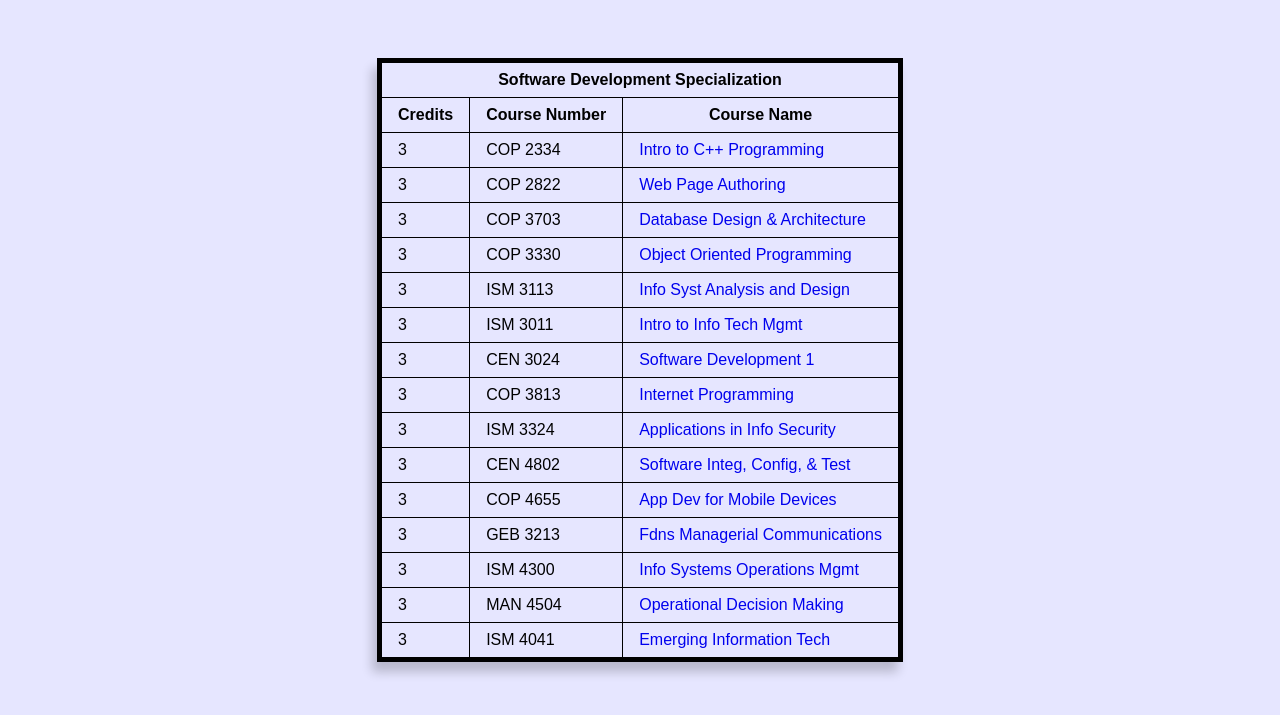
Repository: mlmEFSC21/P5-DegreeTableStyling
Page: FormattedProgramSpecialization3.html
These files come from the project's save history. The page is drawn as it stood at one moment and after the next save; the edit follows.
The browser window is 1280 px wide. The pictures show the whole page.
Some web fonts or font styles are not loaded; a fallback is used.

Above is the page before, as saved 2022-02-07 15:44:10.

### FormattedProgramSpecialization3.html
<!DOCTYPE html>
<html lang="en">
    <head>
        <meta charset="UTF-8" />
        <meta http-equiv="X-UA-Compatible" content="IE=edge" />
        <meta name="viewport" content="width=device-width, initial-scale=1.0" />
        <link rel="stylesheet" href="tableStyles.css" />
        <title>Degree Specialization Table</title>
    </head>
    <body>
        <table>
            <thead>
                <tr class="tableTitle">
                    <th colspan="3">Software Development Specialization</th>
                </tr>
                <tr class="colTitles">
                    <th>Credits</th>
                    <th>Course Number</th>
                    <th>Course Name</th>
                </tr>
            </thead>
            <tbody>
                <tr>
                    <td>3</td>
                    <td>COP 2334</td>
                    <td>
                        <a
                            href="https://bannerweb.easternflorida.edu/prod/bwckctlg.p_disp_course_detail?cat_term_in=202210&subj_code_in=COP&crse_numb_in=2334"
                            >Intro to C++ Programming</a
                        >
                    </td>
                </tr>
                <tr>
                    <td>3</td>
                    <td>COP 2822</td>
                    <td>
                        <a
                            href="https://bannerweb.easternflorida.edu/prod/bwckctlg.p_disp_course_detail?cat_term_in=202210&subj_code_in=COP&crse_numb_in=2822"
                            >Web Page Authoring</a
                        >
                    </td>
                </tr>
                <tr>
                    <td>3</td>
                    <td>COP 3703</td>
                    <td>
                        <a
                            href="https://bannerweb.easternflorida.edu/prod/bwckctlg.p_disp_course_detail?cat_term_in=202210&subj_code_in=COP&crse_numb_in=3703"
                            >Database Design & Architecture</a
                        >
                    </td>
                </tr>
                <tr>
                    <td>3</td>
                    <td>COP 3330</td>
                    <td>
                        <a
                            href="https://bannerweb.easternflorida.edu/prod/bwckctlg.p_disp_course_detail?cat_term_in=202210&subj_code_in=COP&crse_numb_in=3330"
                            >Object Oriented Programming</a
                        >
                    </td>
                </tr>
                <tr>
                    <td>3</td>
                    <td>ISM 3113</td>
                    <td>
                        <a
                            href="https://bannerweb.easternflorida.edu/prod/bwckctlg.p_disp_course_detail?cat_term_in=202210&subj_code_in=ISM&crse_numb_in=3113"
                            >Info Syst Analysis and Design</a
                        >
                    </td>
                </tr>
                <tr>
                    <td>3</td>
                    <td>ISM 3011</td>
                    <td>
                        <a
                            href="https://bannerweb.easternflorida.edu/prod/bwckctlg.p_disp_course_detail?cat_term_in=202210&subj_code_in=ISM&crse_numb_in=3011"
                            >Intro to Info Tech Mgmt</a
                        >
                    </td>
                </tr>
                <tr>
                    <td>3</td>
                    <td>CEN 3024</td>
                    <td>
                        <a
                            href="https://bannerweb.easternflorida.edu/prod/bwckctlg.p_disp_course_detail?cat_term_in=202210&subj_code_in=CEN&crse_numb_in=3024"
                            >Software Development 1</a
                        >
                    </td>
                </tr>
                <tr>
                    <td>3</td>
                    <td>COP 3813</td>
                    <td>
                        <a
                            href="https://bannerweb.easternflorida.edu/prod/bwckctlg.p_disp_course_detail?cat_term_in=202210&subj_code_in=COP&crse_numb_in=3813"
                            >Internet Programming</a
                        >
                    </td>
                </tr>
                <tr>
                    <td>3</td>
                    <td>ISM 3324</td>
                    <td>
                        <a
                            href="https://bannerweb.easternflorida.edu/prod/bwckctlg.p_disp_course_detail?cat_term_in=202210&subj_code_in=ISM&crse_numb_in=3324"
                            >Applications in Info Security</a
                        >
                    </td>
                </tr>
                <tr>
                    <td>3</td>
                    <td>CEN 4802</td>
                    <td>
                        <a
                            href="https://bannerweb.easternflorida.edu/prod/bwckctlg.p_disp_course_detail?cat_term_in=202210&subj_code_in=CEN&crse_numb_in=4802"
                            >Software Integ, Config, & Test</a
                        >
                    </td>
                </tr>
                <tr>
                    <td>3</td>
                    <td>COP 4655</td>
                    <td>
                        <a
                            href="https://bannerweb.easternflorida.edu/prod/bwckctlg.p_disp_course_detail?cat_term_in=202210&subj_code_in=COP&crse_numb_in=4655"
                            >App Dev for Mobile Devices</a
                        >
                    </td>
                </tr>
                <tr>
                    <td>3</td>
                    <td>GEB 3213</td>
                    <td>
                        <a
                            href="https://bannerweb.easternflorida.edu/prod/bwckctlg.p_disp_course_detail?cat_term_in=202210&subj_code_in=GEB&crse_numb_in=3213"
                            >Fdns Managerial Communications</a
                        >
                    </td>
                </tr>
                <tr>
                    <td>3</td>
                    <td>ISM 4300</td>
                    <td>
                        <a
                            href="https://bannerweb.easternflorida.edu/prod/bwckctlg.p_disp_course_detail?cat_term_in=202210&subj_code_in=ISM&crse_numb_in=4300"
                            >Info Systems Operations Mgmt</a
                        >
                    </td>
                </tr>
                <tr>
                    <td>3</td>
                    <td>MAN 4504</td>
                    <td>
                        <a
                            href="https://bannerweb.easternflorida.edu/prod/bwckctlg.p_disp_course_detail?cat_term_in=202210&subj_code_in=MAN&crse_numb_in=4504"
                            >Operational Decision Making</a
                        >
                    </td>
                </tr>
                <tr>
                    <td>3</td>
                    <td>ISM 4041</td>
                    <td>
                        <a
                            href="https://bannerweb.easternflorida.edu/prod/bwckctlg.p_disp_course_detail?cat_term_in=202210&subj_code_in=ISM&crse_numb_in=4041"
                            >Emerging Information Tech</a
                        >
                    </td>
                </tr>
            </tbody>
        </table>
    </body>
</html>

### tableStyles.css
@import url("https://fonts.googleapis.com/css2?family=Spectral:wght@400&display=swap");

:root {
    --clr-prime: #003c5e;
    --clr-second: #1a2028;
    --clr-accent: #8fb500;
    --clr-font-prime: #5b8ead;
    --clr-font-second: black;
    --clr-background: #e6e6ff;
}
*,
*::before,
*::after {
    margin: 0;
    padding: 0;
    box-sizing: border-box;
}
body {
    font-family: Spectral, sans-serif;
    height: 100vh;
    display: grid;
    align-items: center;
    justify-content: center;
    background-color: var(--clr-background);
}
table {
    border-collapse: collapse;
    box-shadow: -5px 10px 10px rgba(0, 0, 0, 0.2);
    border: 5px solid black;
    padding: 0.25rem;
}
/* thead {
    letter-spacing: 0.15rem;
    font-size: 0.85rem;
    font-weight: 900;
} */
thead:first-child {
    font-size: 50;
    font-weight: bold;
    text-align: center;
}
th {
    border: 1px solid black;
    padding: 0.5rem 1rem;
}
td {
    border: 1px solid black;
    padding: 0.5rem 1rem;
    font-size: 12pt;
    text-align: left;
}
a {
    text-decoration: none;
}
a:hover {
    color: var(--clr-prime);
    text-decoration: underline;
}

After the next save:
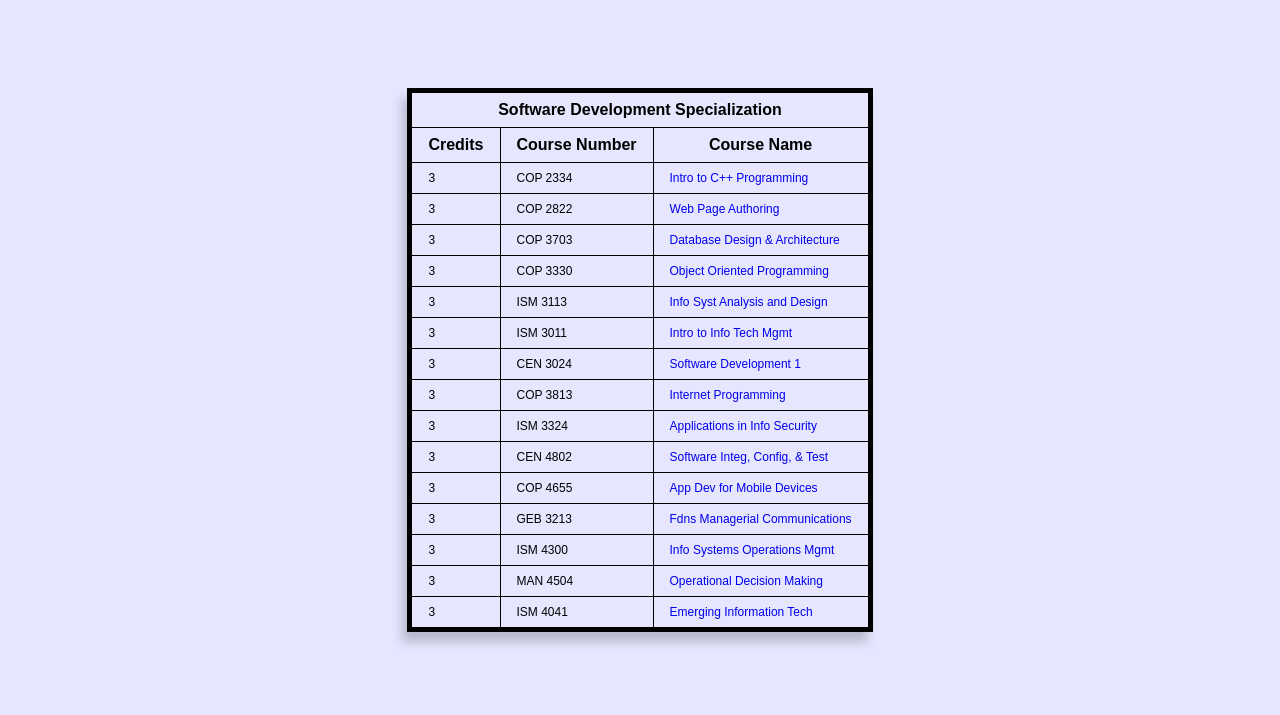
Saved 6 s later.
--- a/tableStyles.css
+++ b/tableStyles.css
@@ -46,7 +46,7 @@
 td {
     border: 1px solid black;
     padding: 0.5rem 1rem;
-    font-size: 12pt;
+    font-size: 12px;
     text-align: left;
 }
 a {

After the save that followed:
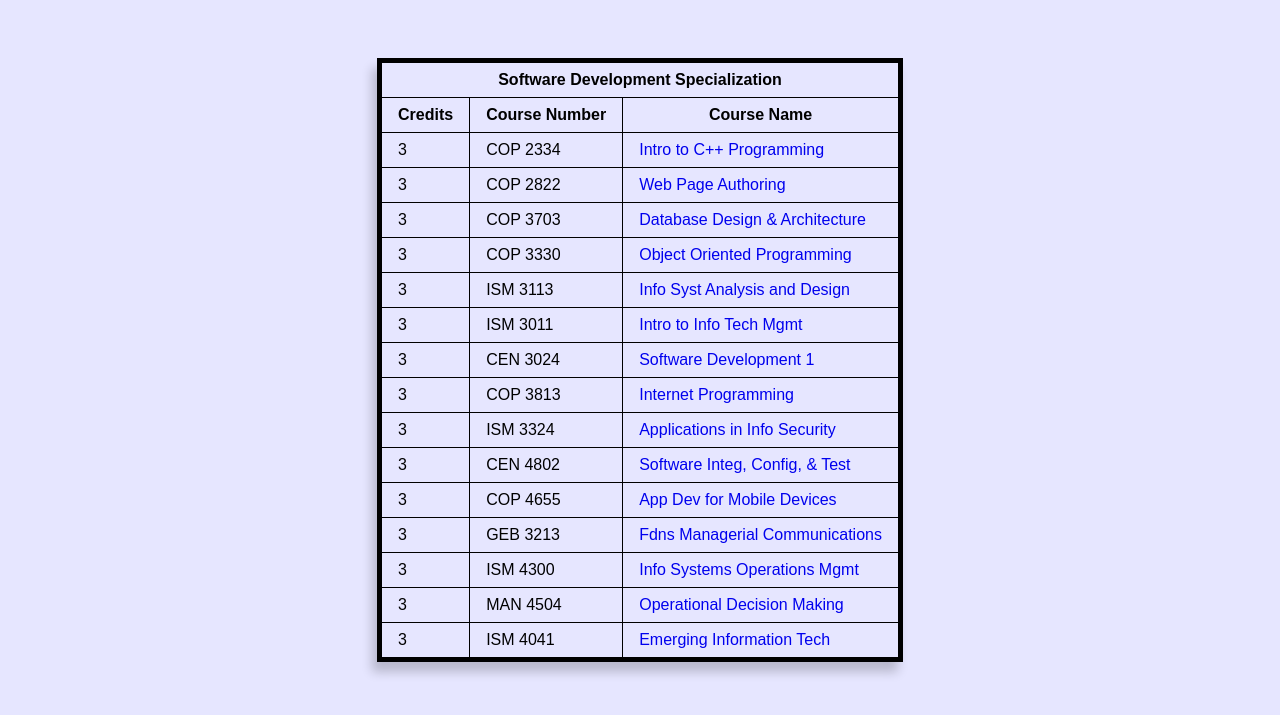
Saved 8 s later.
--- a/tableStyles.css
+++ b/tableStyles.css
@@ -46,7 +46,7 @@
 td {
     border: 1px solid black;
     padding: 0.5rem 1rem;
-    font-size: 12px;
+    font-size: 12pt;
     text-align: left;
 }
 a {
